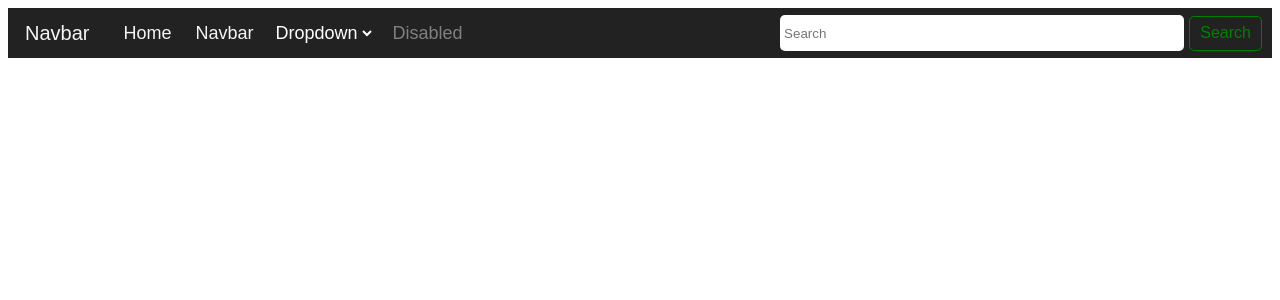
Repository: CryptoFamilyNFT/develhope
Page: html/svg.html
These files come from the project's save history. The page is drawn as it stood at one moment and after the next save; the edit follows.
The browser window is 1280 px wide. The pictures show the whole page.

Above is the page before, as saved 2024-11-02 11:20:05.

After the next save:
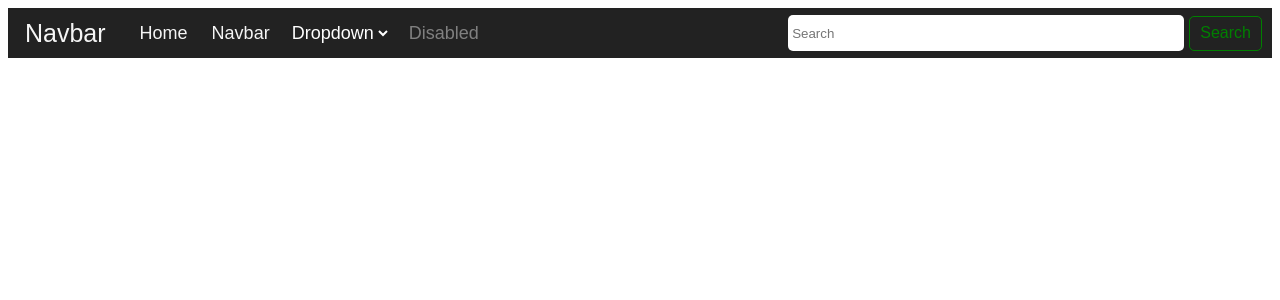
Saved 13 s later.
--- a/html/svg.html
+++ b/html/svg.html
@@ -111,8 +111,7 @@
         height: auto;
         background-color: transparent;
         border: 1px solid transparent;
-        font-size: 20px;
-
+        font-size: 25px;
         color: whitesmoke;
     }
 
